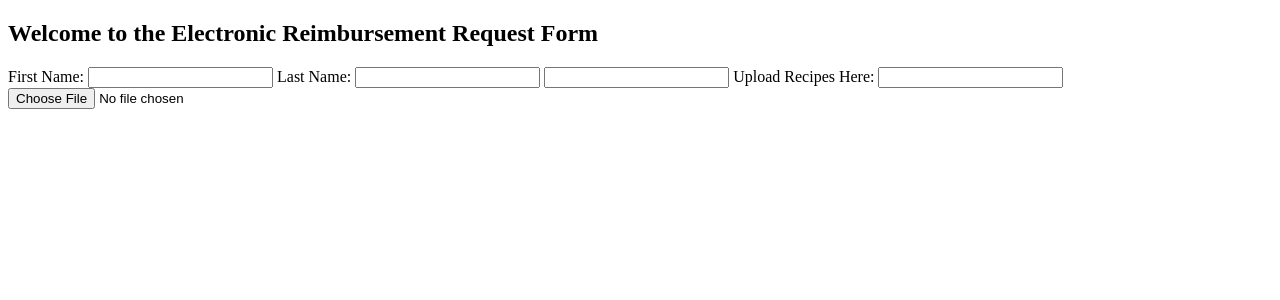
Repository: lharrill01/july_11_current_projects
Page: gres/src/main/java/gres/model/errfwelcome.html
The author's editor kept a copy of each file at every save. The page is drawn from the files as they stood at one save, then again after the next save.
The browser window is 1280 px wide. The pictures show the whole page.

Above is the page before, as saved 2019-07-07 20:20:38.

### gres/src/main/java/gres/model/errfwelcome.html
<!DOCTYPE html>
<html>
<head>
<meta charset="ISO-8859-1">
<title>Welcome to the Electronic Reimbursement Request Form</title>
</head>
<h2>Welcome to the Electronic Reimbursement Request Form</h2>
<label> First Name: </label>
<input type="text" name="firstName">

<label> Last Name: </label>
<input type="text" name="lastName">

<label></label>
<input type="text" name="first name">

<label> Upload Recipes Here: </label>
<input type="text" name="first name">

<input type="file" name="reciepts" accept="image/*">
<body>



</body>
</html>

After the next save:
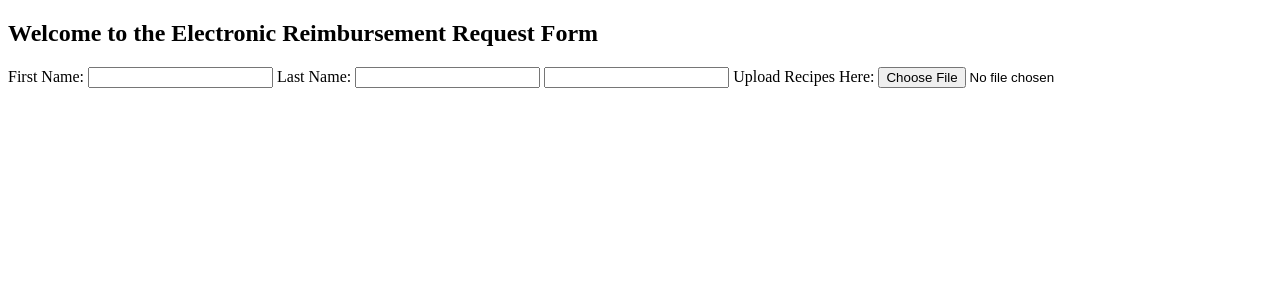
Saved 2 min 12 s later.
--- a/gres/src/main/java/gres/model/errfwelcome.html
+++ b/gres/src/main/java/gres/model/errfwelcome.html
@@ -15,8 +15,6 @@
 <input type="text" name="first name">
 
 <label> Upload Recipes Here: </label>
-<input type="text" name="first name">
-
 <input type="file" name="reciepts" accept="image/*">
 <body>
 
